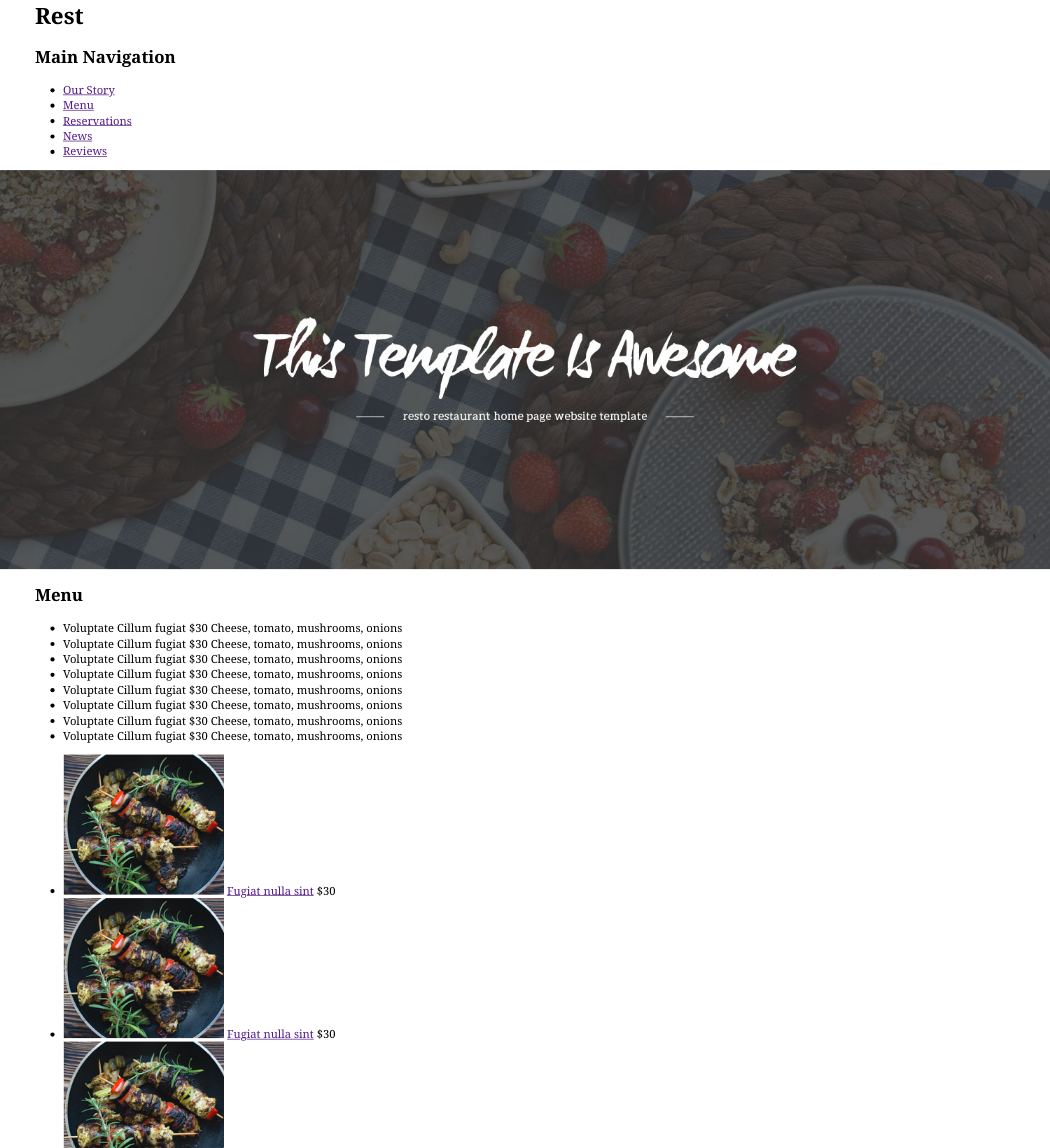
Repository: Piterwk1/psd-to-wordpress
Page: index.html
These files come from the project's save history. The page is drawn as it stood at one moment and after the next save; the edit follows.
The browser window is 1280 px wide. The page is 1500 px wide, so the pictures cover 1500 px, including what lies to the right of the window. The pictures show the part of the page from y = 0 to 1640 px (the page is 2297 px tall), at 70% of full size.

Above is the page before, as saved 2021-09-21 04:16:46.

### index.html
<html lang="en">

<head>
    <meta charset="UTF-8">
    <meta http-equiv="X-UA-Compatible" content="IE=edge">
    <meta name="viewport" content="width=device-width, initial-scale=1.0">
    <title>Resto</title>
    <link rel="stylesheet" href="style.css">
</head>

<body>

    <header>
        <div class="wrapper">
            <h1>Rest</h1>
            <nav>
                <h2>Main Navigation</h2>
                <ul>
                    <li><a href="">Our Story</a></li>
                    <li><a href="">Menu</a></li>
                    <li><a href="">Reservations</a></li>
                    <li><a href="">News</a></li>
                    <li><a href="">Reviews</a></li>
                </ul>
            </nav>
        </div>
    </header>

    <!-- start homepage content -->

    <div id="main-banner">
        <img src="images/banner.jpg" alt="Welcome to Resto">
    </div>

    <div class="wrapper">
        <section id="home-menu">
            <h2>Menu</h2>
            <ul>
                <li>
                    <span class="dish">Voluptate Cillum fugiat</span>
                    <span class="price">$30</span>
                    <span class="description">Cheese, tomato, mushrooms, onions</span>
                </li>
                <li>
                    <span class="dish">Voluptate Cillum fugiat</span>
                    <span class="price">$30</span>
                    <span class="description">Cheese, tomato, mushrooms, onions</span>
                </li>
                <li>
                    <span class="dish">Voluptate Cillum fugiat</span>
                    <span class="price">$30</span>
                    <span class="description">Cheese, tomato, mushrooms, onions</span>
                </li>
                <li>
                    <span class="dish">Voluptate Cillum fugiat</span>
                    <span class="price">$30</span>
                    <span class="description">Cheese, tomato, mushrooms, onions</span>
                </li>
                <li>
                    <span class="dish">Voluptate Cillum fugiat</span>
                    <span class="price">$30</span>
                    <span class="description">Cheese, tomato, mushrooms, onions</span>
                </li>
                <li>
                    <span class="dish">Voluptate Cillum fugiat</span>
                    <span class="price">$30</span>
                    <span class="description">Cheese, tomato, mushrooms, onions</span>
                </li>
                <li>
                    <span class="dish">Voluptate Cillum fugiat</span>
                    <span class="price">$30</span>
                    <span class="description">Cheese, tomato, mushrooms, onions</span>
                </li>
                <li>
                    <span class="dish">Voluptate Cillum fugiat</span>
                    <span class="price">$30</span>
                    <span class="description">Cheese, tomato, mushrooms, onions</span>
                </li>
            </ul>
        </section>

        <section id="featured">
            <ul>
                <li>
                    <img src="images/thumb-1.jpg">
                    <a href="">Fugiat nulla sint</a>
                    <span>$30</span>
                    <span class="rating"></span>
                </li>
                <li>
                    <img src="images/thumb-1.jpg">
                    <a href="">Fugiat nulla sint</a>
                    <span>$30</span>
                    <span class="rating"></span>
                </li>
                <li>
                    <img src="images/thumb-1.jpg">
                    <a href="">Fugiat nulla sint</a>
                    <span>$30</span>
                    <span class="rating"></span>
                </li>
                <li>
                    <img src="images/thumb-1.jpg">
                    <a href="">Fugiat nulla sint</a>
                    <span>$30</span>
                    <span class="rating"></span>
                </li>
            </ul>
        </section>
    </div>

    <!-- end homepage content -->

    <footer>
        <div class="wrapper">
            <ul>
                <li>New York Restaurant</li>
                <li>3926 Anmoore Road</li>
                <li>New York, NY 10014</li>
                <li>718-749-1714</li>
            </ul>
            <ul>
                <li>France Restaurant</li>
                <li>68, rue da le Couronne</li>
                <li>75002 PARIS</li>
                <li>02.94.23.69.56</li>
            </ul>
            <ul>
                <li><a href="">Blog</a></li>
                <li><a href="">Careers</a></li>
                <li><a href="">Privacy Policy</a></li>
                <li><a href="">Contact</a></li>
            </ul>
            <ul>
                <li><img src="images/white-logo.png" alt="logo"></li>
                <li>&copy; All rights reserved 2015</li>

            </ul>
        </div>
    </footer>
</body>

</html>

### style.css
body {
    font-family: Georgia, 'Times New Roman', Times, serif;
    margin: 0;
}

.wrapper {
    width: 100%;
    max-width: 1180px;
    padding: 0 10px;
    margin:  0 auto;
}

h1.logo {
    background-image: url(images/logo.png);
}

After the next save:
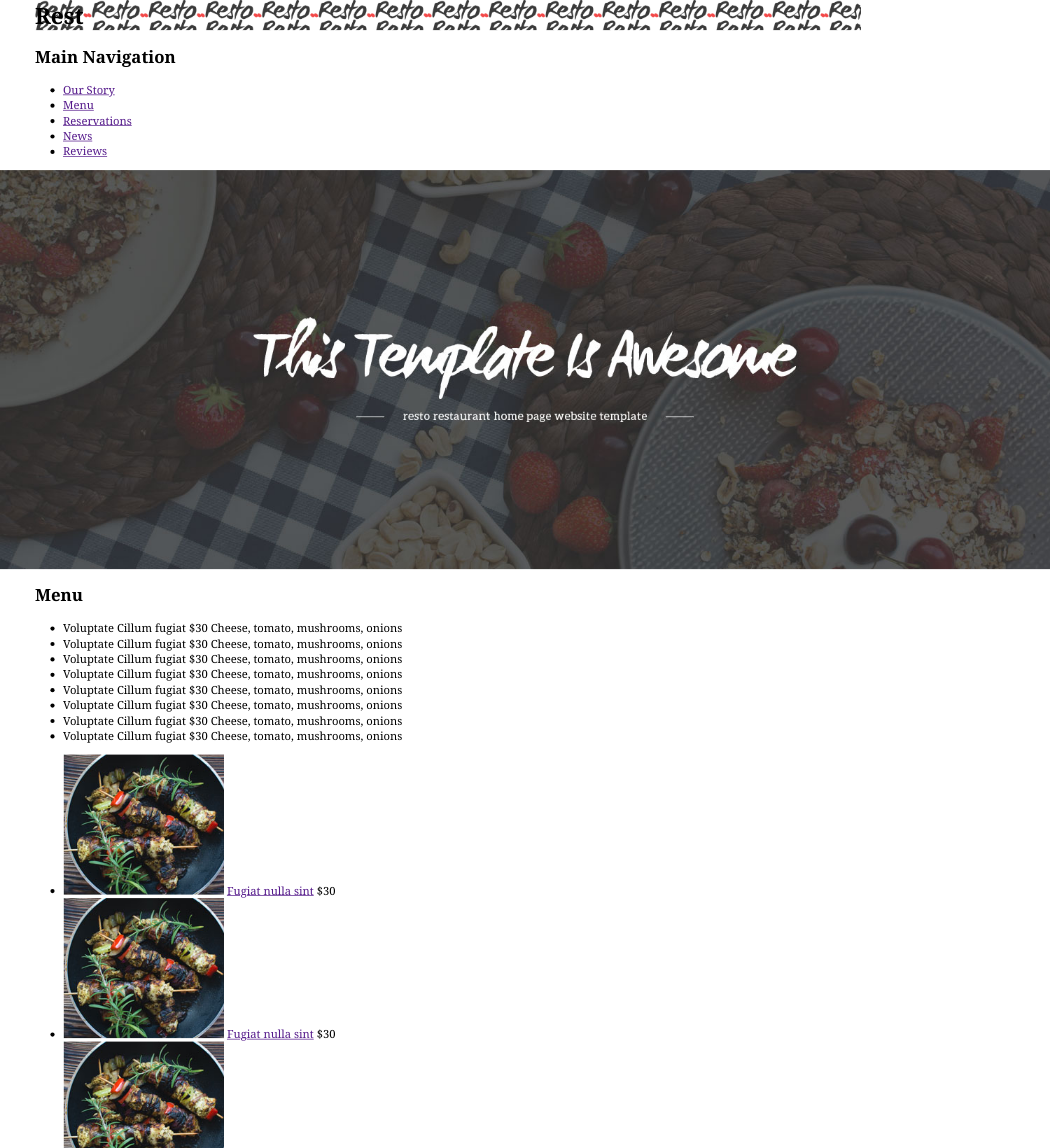
Saved 14 min 9 s later.
--- a/index.html
+++ b/index.html
@@ -12,7 +12,7 @@
 
     <header>
         <div class="wrapper">
-            <h1>Rest</h1>
+            <h1 class="logo">Rest</h1>
             <nav>
                 <h2>Main Navigation</h2>
                 <ul>

After the save that followed:
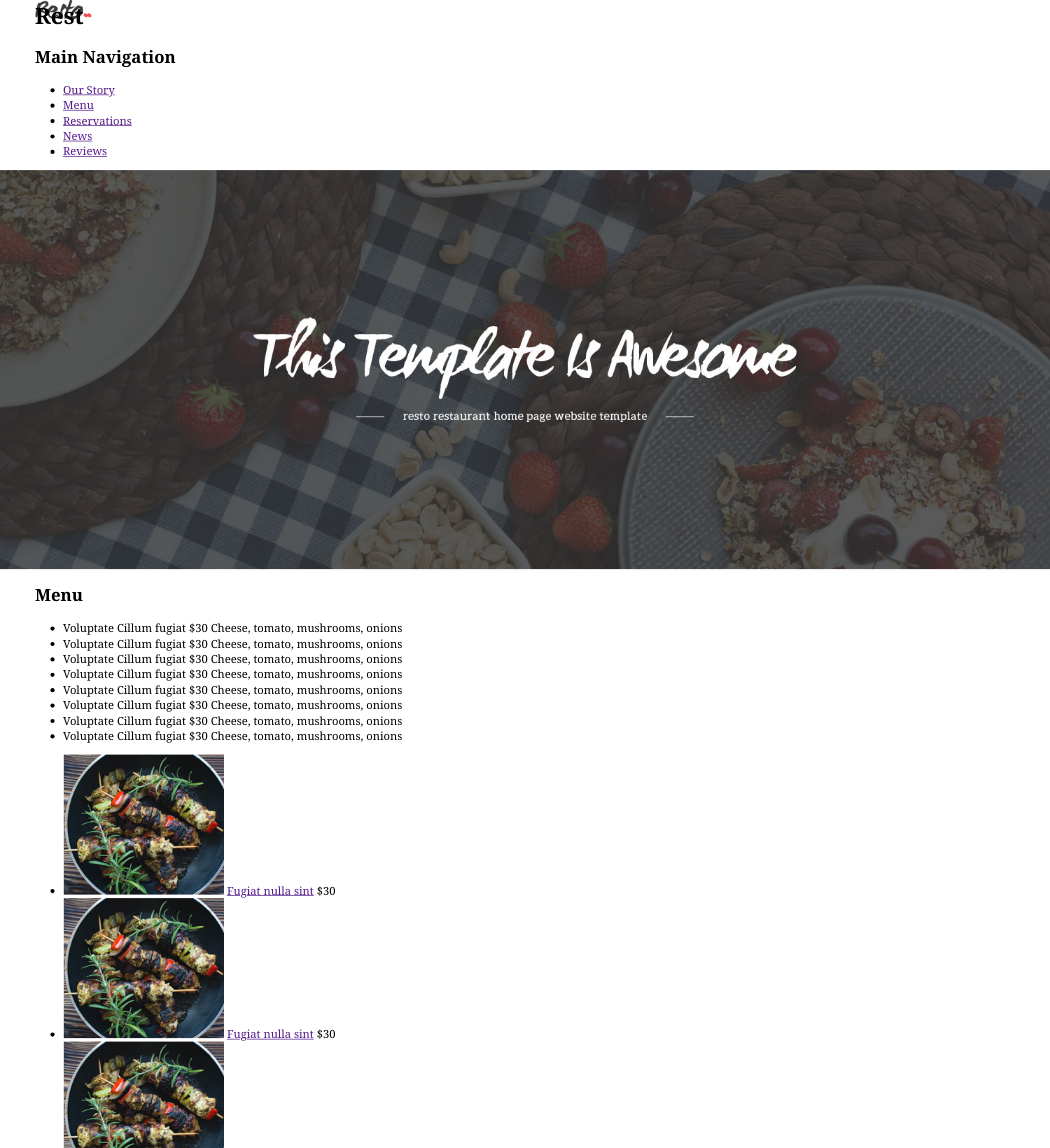
Saved 85 s later.
--- a/style.css
+++ b/style.css
@@ -12,4 +12,5 @@
 
 h1.logo {
     background-image: url(images/logo.png);
+    background-repeat: no-repeat;
 }
